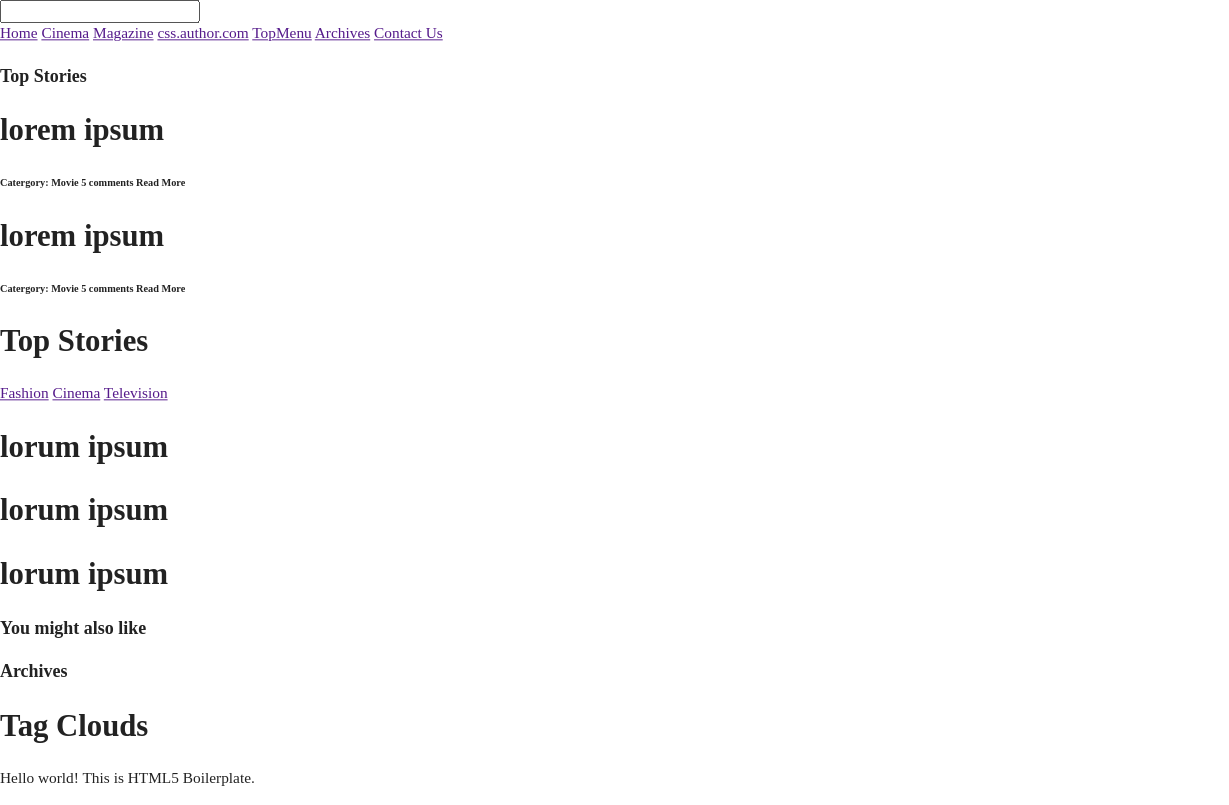
Repository: bguemos/project1lab3
Page: index.html
The author's editor kept a copy of each file at every save. The page is drawn from the files as they stood at one save, then again after the next save.
The browser window is 1280 px wide. The pictures show the whole page, at 96% of full size.

Above is the page before, as saved 2023-01-20 13:53:00.

After the next save:
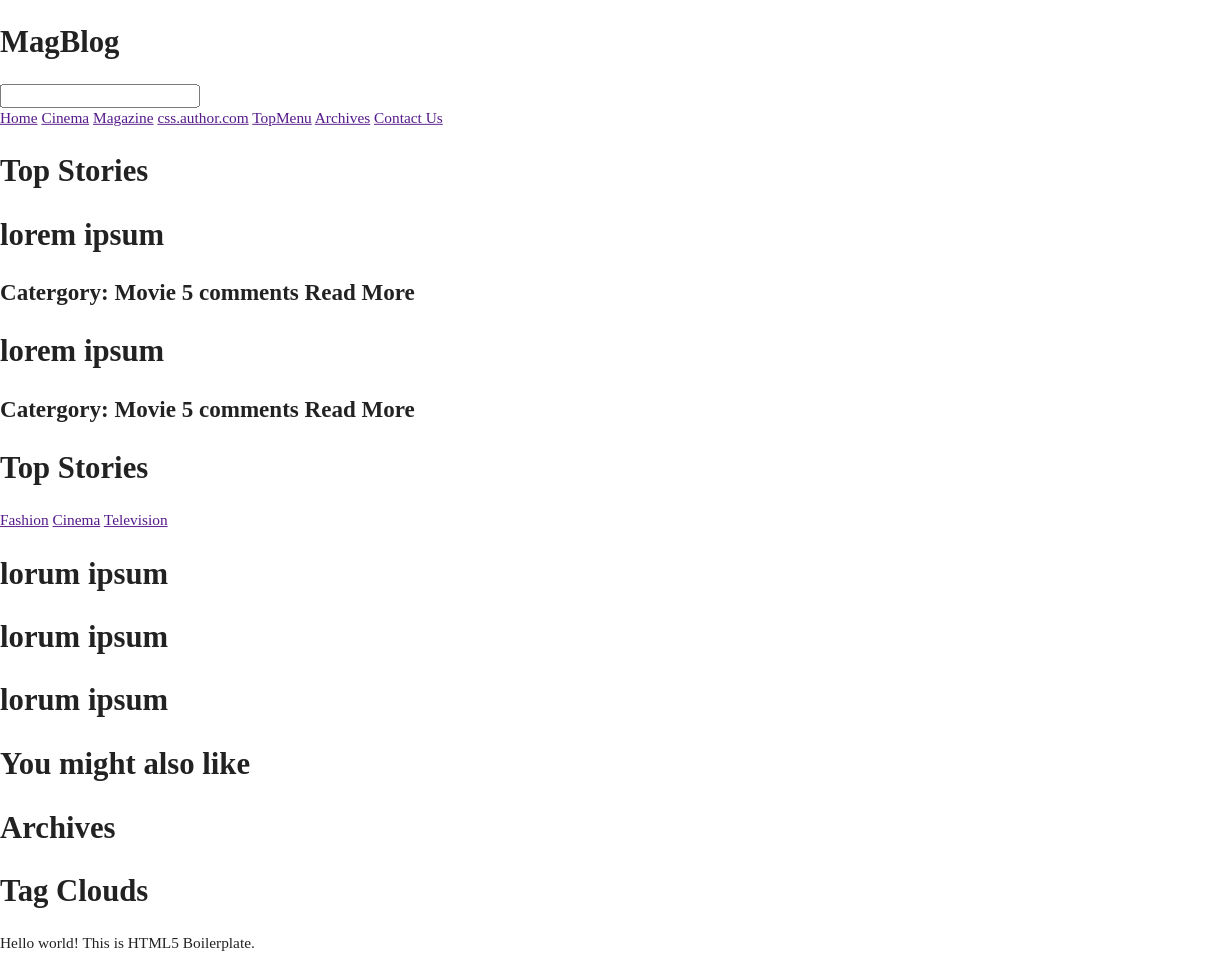
Saved 19 min 7 s later.
--- a/index.html
+++ b/index.html
@@ -22,12 +22,11 @@
   <meta name="theme-color" content="#fafafa">
 </head>
 
-<body>
-  <div class="maincontent">
-  <div class="mainpageheader">
-    <div class="logo"></div>
+<body class="page">
+<div class="mainpageheader">
+  <h1>MagBlog</h1>
   <input class="headersearchbar">
-  <div class="socialmedialinks"></div>
+<div class="socialmedialinks"></div>
 </div>
 <div class="navigationlinks">
   <a href> Home</a>
@@ -39,19 +38,19 @@
   <a href> Contact Us</a>
 
 </div>
-
+  <div class="maincontent">
     <div class="topstories">
-      <h3>Top Stories</h3>
-    </div>
-    <div class="avatar">
+    <h1>Top Stories</h1>
+  </div>
+  <div class="avatar">
     <h1> lorem ipsum</h1>
 
-    <h6> Catergory: Movie  5 comments Read More</h6>
+    <h2> Catergory: Movie  5 comments Read More</h2>
     </div>
     <div class="avatar2">
     <h1> lorem ipsum</h1>
 
-    <h6> Catergory: Movie  5 comments Read More</h6>
+    <h2> Catergory: Movie  5 comments Read More</h2>
 
     </div>
     <div class="topstorysidebar">
@@ -67,10 +66,10 @@
     <h1>lorum ipsum</h1>
     </div>
      <div class="sidebar2">
-     <h3>You might also like</h3>
+     <h1>You might also like</h1>
     </div>
     <div class="sidebar3">
-    <h3>Archives</h3>
+    <h1>Archives</h1>
     </div>
     <div class="sidebar4">
     <h1>Tag Clouds</h1>
@@ -96,7 +95,7 @@
   <div class="socialmediahandles"></div>
 
  </div>
-</div>
+
   <!-- Add your site or application content here -->
   <p>Hello world! This is HTML5 Boilerplate.</p>
   <script src="js/vendor/modernizr-3.11.2.min.js"></script>
